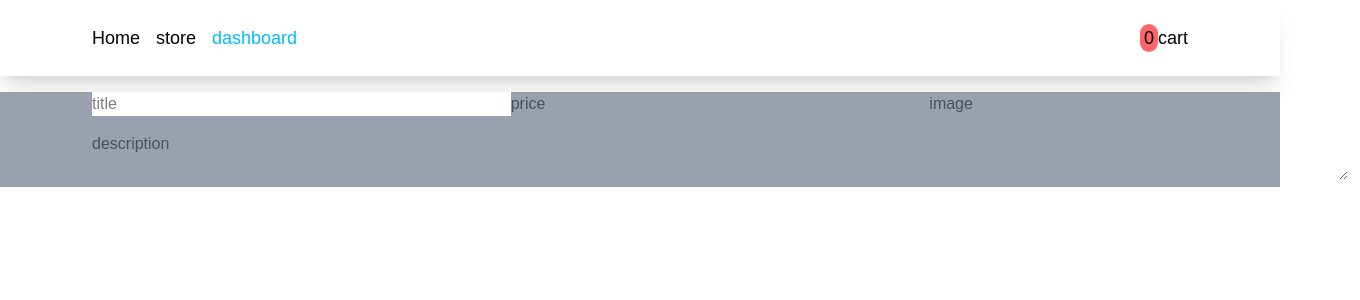
Repository: Rohullah-Noori/Nextjs-online-shop
Page: /dashboard
The author's editor kept a copy of each file at every save. The page is drawn from the files as they stood at one save, then again after the next save.
The browser window is 1280 px wide. The page is 1360 px wide, so the pictures cover 1360 px, including what lies to the right of the window. The pictures show the whole page.
The project was rebuilt for these pictures with package versions that can differ from the ones it lists, and the page was loaded fresh each time. The framework's server and built-in components were replaced by stand-ins that run in the browser. Also part of the build but not shown: next.config.ts.

Above is the page before, as saved 2025-05-28 10:47:14.

After the next save:
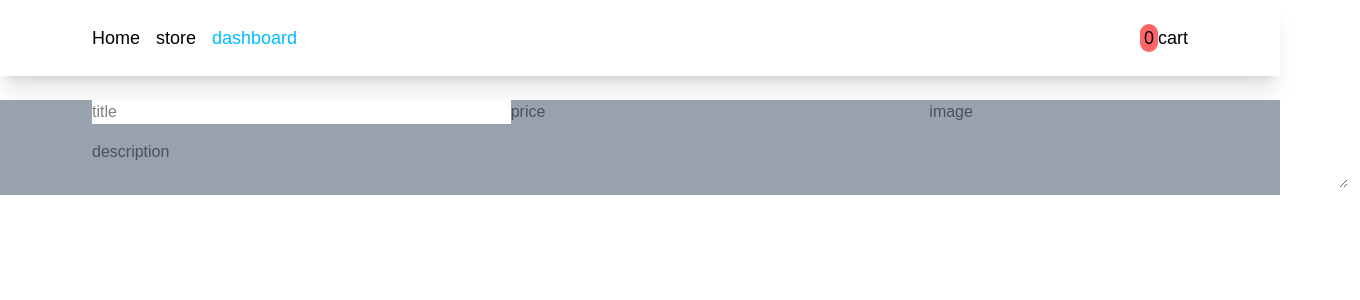
Saved 7 s later.
--- a/src/app/dashboard/page.tsx
+++ b/src/app/dashboard/page.tsx
@@ -6,7 +6,7 @@ export default function Dashboard() {
     <div className="bg-gray-400 text-center">
       <Container>
         <div className="mx-3">
-          <div className="grid grid-cols-3 gap-y-2 mt-2 mb-4  ">
+          <div className="grid grid-cols-3 gap-y-2 mt-6 mb-4  ">
             <input type="text" placeholder="title" className="bg-white" />
             <input type="text" placeholder="price" />
             <input type="text" placeholder="image" />
